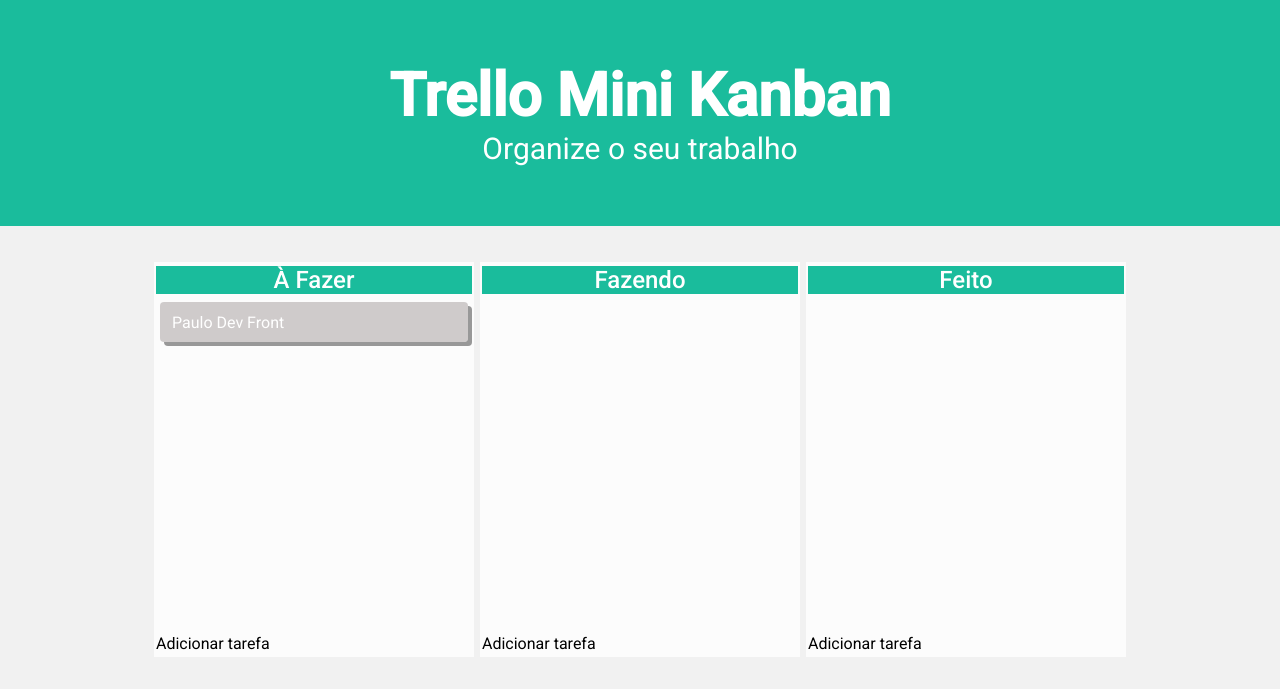
Repository: douglasabnovato/byteclass
Page: trello-mini-kanban/index.html
An editor plug-in stored every save of this project. The page is shown before and after the next save, followed by the edit.
The browser window is 1280 px wide. The pictures show the whole page.
The pointer rests on the first visible `.board ul li`.

Above is the page before, as saved 2025-07-31 21:33:00.

### trello-mini-kanban/index.html
<!DOCTYPE html>
<html>
  <head>
    <meta charset="UTF-8" />
    <meta http-equiv="X-UA-Compatible" content="IE=edge" />
    <meta name="viewport" content="width=device-width, initial-scale=1.0" />
    <link
      rel="stylesheet"
      href="https://cdnjs.cloudflare.com/ajax/libs/font-awesome/4.7.0/css/font-awesome.min.css"
    />
    <title>Trello Mini Kanban</title>
    <link rel="stylesheet" href="./style.css" />
  </head>

  <body>
    <div id="home" class="container content">
      <header>
        <h1>Trello Mini Kanban</h1>
        <p>Organize o seu trabalho</p>
      </header>

      <main>
        <div class="board">
          <h3 class="title">À Fazer</h3>
          <ul
            id="a-fazer"
            class="todo-list"
            ondrop="drop(event, this.id)"
            ondragover="over(event)"
          >
            <li>Paulo Dev Front</li>
          </ul>
          <div class="add-card" onclick="addCard(this)">
            <p>Adicionar tarefa</p>
          </div>
        </div>

        <div class="board">
          <h3 class="title">Fazendo</h3>
          <ul
            id="fazendo"
            class="todo-list"
            ondrop="drop(event, this.id)"
            ondragover="over(event)"
          ></ul>
          <div class="add-card" onclick="addCard(this)">
            <p>Adicionar tarefa</p>
          </div>
        </div>

        <div class="board">
          <h3 class="title">Feito</h3>
          <ul
            id="feito"
            class="todo-list"
            ondrop="drop(event, this.id)"
            ondragover="over(event)"
          ></ul>
          <div class="add-card" onclick="addCard(this)">
            <p>Adicionar tarefa</p>
          </div>
        </div>
      </main>
    </div>

    <script src="./script.js"></script>
  </body>
</html>

### trello-mini-kanban/style.css
@import url("https://fonts.googleapis.com/css2?family=Roboto:wght@100;300;400;500&display=swap");

* {
  box-sizing: border-box;
  margin: 0;
}

body {
  background-color: #f1f1f1;
  font-family: "Roboto", sans-serif;
}

header {
  padding: 60px;
  text-align: center;
  background: #1abc9c;
  color: white;
  font-size: 30px;
}

main {
  display: flex;
  flex-wrap: wrap;
  justify-content: center;
  padding-block: 36px;
  gap: 6px;
}

.board {
  display: flex;
  flex-direction: column;
  gap: 4px;
  padding-block: 4px;
  padding-inline: 2px;
  width: 320px;
  background-color: rgba(255, 255, 255, 0.8);
}

.board .title {
  background-color: #1abc9c;
  color: white;
  text-align: center;
  font-size: 24px;
  font-weight: 500;
}

.board ul {
  display: flex;
  flex-wrap: wrap;
  align-content: flex-start;
  min-height: 332px;
  padding: 4px;
  list-style-type: none;
  gap: 8px 12px;
}

.board ul li {
  display: flex;
  align-items: center;
  width: 100%;
  height: 40px;
  padding: 8px 12px;
  background-color: rgba(232, 225, 225, 0.873);
  box-shadow: 2px 3px rgba(0, 0, 0, 0.2);
  border-radius: 4px;
}

.board ul li:hover {
  cursor: move;
  background-color: rgba(163, 156, 156, 0.5);
  box-shadow: 4px 4px rgba(0, 0, 0, 0.4);
  color: rgb(255, 255, 255);
}

/*
.board .todo-list .remove {
  width: 16px;
  height: 16px;
  border-radius: 50%;
  text-align: center;
  font-size: 12px;
  color: #c3c3c3;
}

.board .todo-list .remove:hover {
  cursor: pointer;
  background-color: lightcoral;
}

.board .add-card {
  background-color: rgba(200, 200, 200, 0.8);
  border-radius: 2px;
  box-shadow: 2px 2px rgba(0, 0, 0, 0.2);
  margin: 4px 4px;
}

.board .add-card:hover {
  background-color: rgba(192, 182, 182, 0.95);
  cursor: pointer;
  box-shadow: 2px 2px rgba(0, 0, 0, 0.4);
}

.board .add-card p {
  font-size: 16px;
  padding: 15px 10px;
  font-weight: 100;
}
*/

### trello-mini-kanban/script.js

// function addCard(element) {
//   const ulId = element.previousElementSibling.id;
//   const text = prompt("Qual é a tarefa?");
//   const board = document.getElementById(ulId);

//   const template = `
//     <li id="${new Date().getTime()}" draggable="true" ondragstart="drag(event)">
//         <p>${text}</p>
//         <p class="remove" onclick="removeCard(this)">x</p>
//     </li>
//   `;

//   board.innerHTML += template;
// }

// /* remover uma tarefa */
// function removeCard(element) {
//   document.getElementById(element.parentElement.id).remove();
// }

// /* arrastar uma tarefa entre os quadros */
// function drag(event) {
//   event.dataTransfer.setData("card", event.target.id);
// }

// function over(event) {
//   event.preventDefault();
// }

// function drop(event, id) {
//   event.preventDefault();

//   const target = document.getElementById(id);
//   const data = event.dataTransfer.getData("card");
//   const card = document.getElementById(data);

//   target.appendChild(card);
//   event.dataTransfer.clearData();
// }

After the next save:
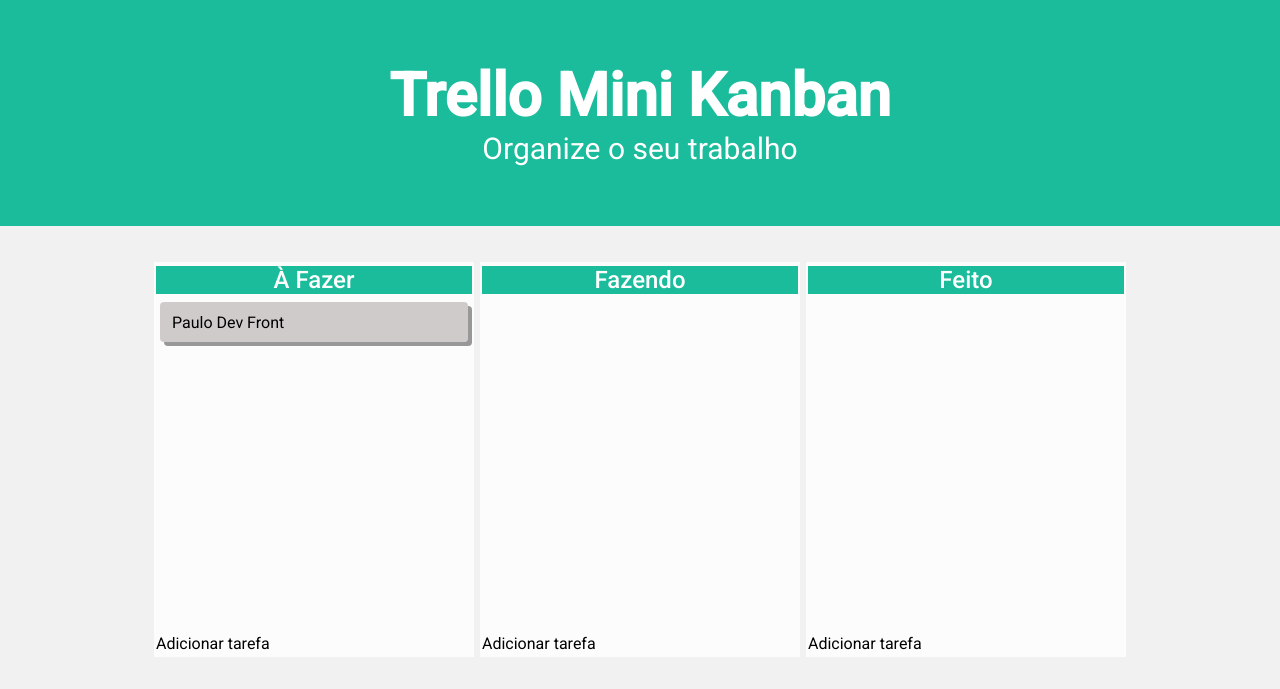
Saved 12 s later.
--- a/trello-mini-kanban/style.css
+++ b/trello-mini-kanban/style.css
@@ -69,7 +69,6 @@
   cursor: move;
   background-color: rgba(163, 156, 156, 0.5);
   box-shadow: 4px 4px rgba(0, 0, 0, 0.4);
-  color: rgb(255, 255, 255);
 }
 
 /*

After the save that followed:
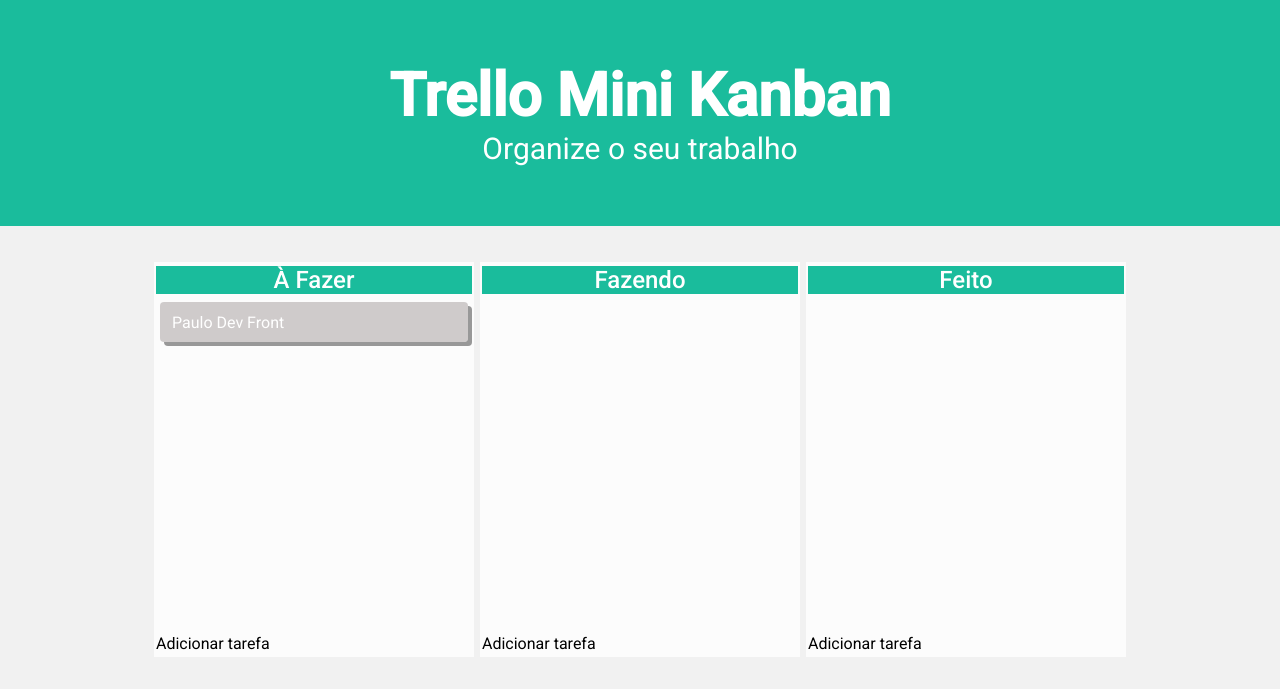
Saved 14 s later.
--- a/trello-mini-kanban/style.css
+++ b/trello-mini-kanban/style.css
@@ -69,6 +69,8 @@
   cursor: move;
   background-color: rgba(163, 156, 156, 0.5);
   box-shadow: 4px 4px rgba(0, 0, 0, 0.4);
+  color: rgb(255, 255, 255);
+  font-weight: 400;
 }
 
 /*
